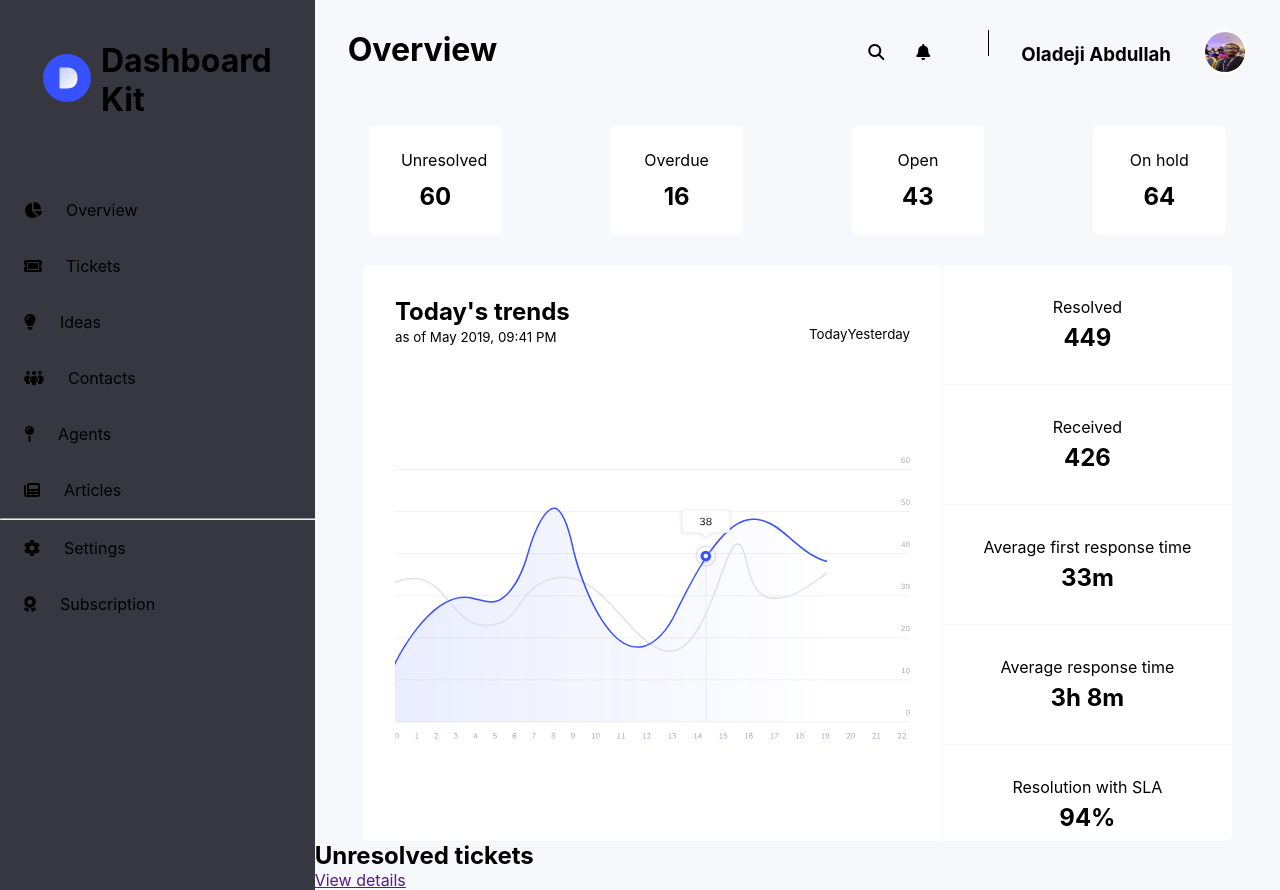
Repository: BuduCE/dashboard
Page: /
These files come from the project's save history. The page is drawn as it stood at one moment and after the next save; the edit follows.
The browser window is 1280 px wide. The pictures show the whole page.
Some web libraries are served in a nearby version. The project was rebuilt for these pictures with package versions that can differ from the ones it lists, and the page was loaded fresh each time.

Above is the page before, as saved 2022-08-04 07:48:37.

After the next save:
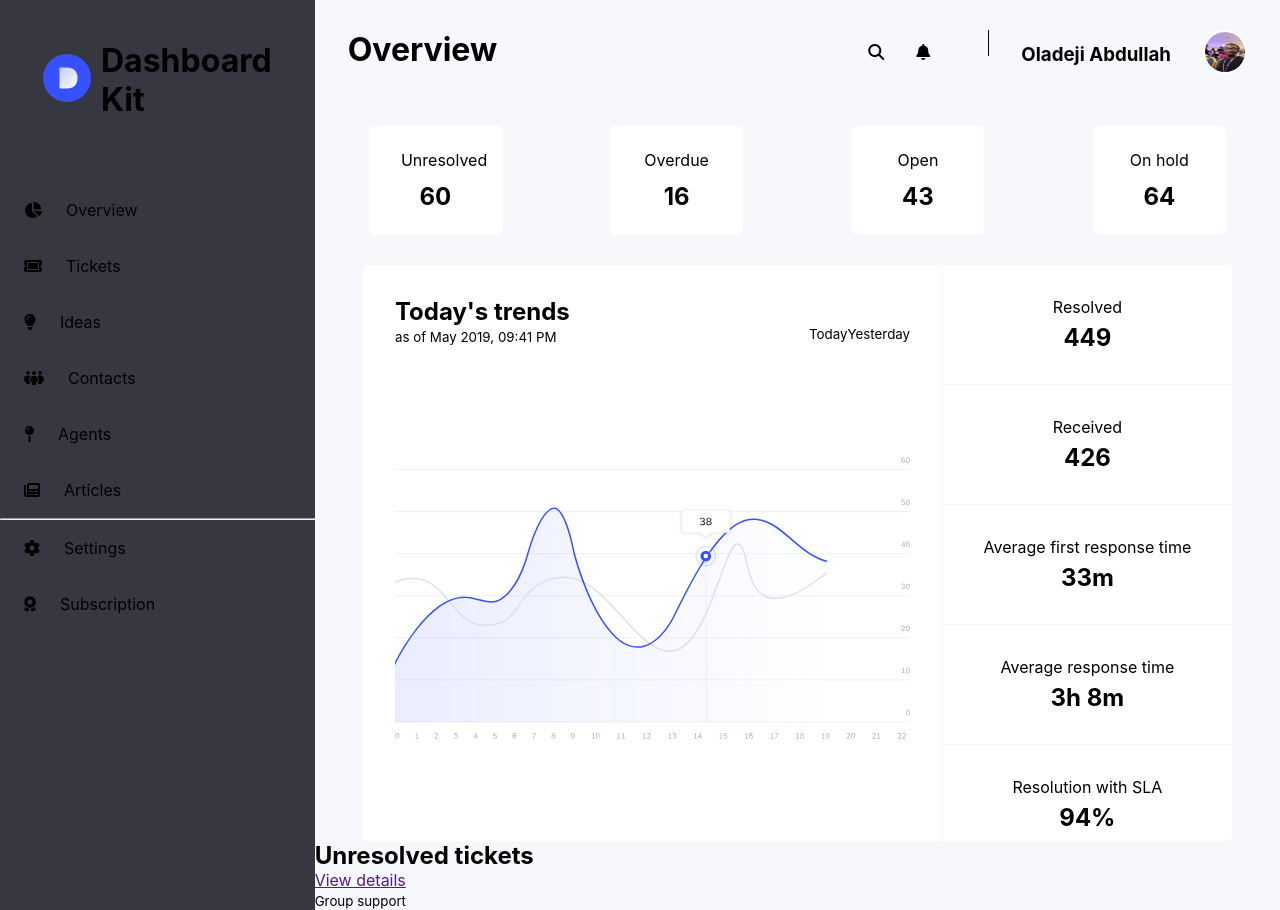
Saved 8 s later.
--- a/src/pages/Overview/index.jsx
+++ b/src/pages/Overview/index.jsx
@@ -79,7 +79,7 @@ const Overview = () => {
                         <h2>Unresolved tickets</h2>
                         <a href="">View details</a>
                     </div>
-                    <small></small>
+                    <small>Group support</small>
                 </div>
             </div>
             <div className="task"></div>
